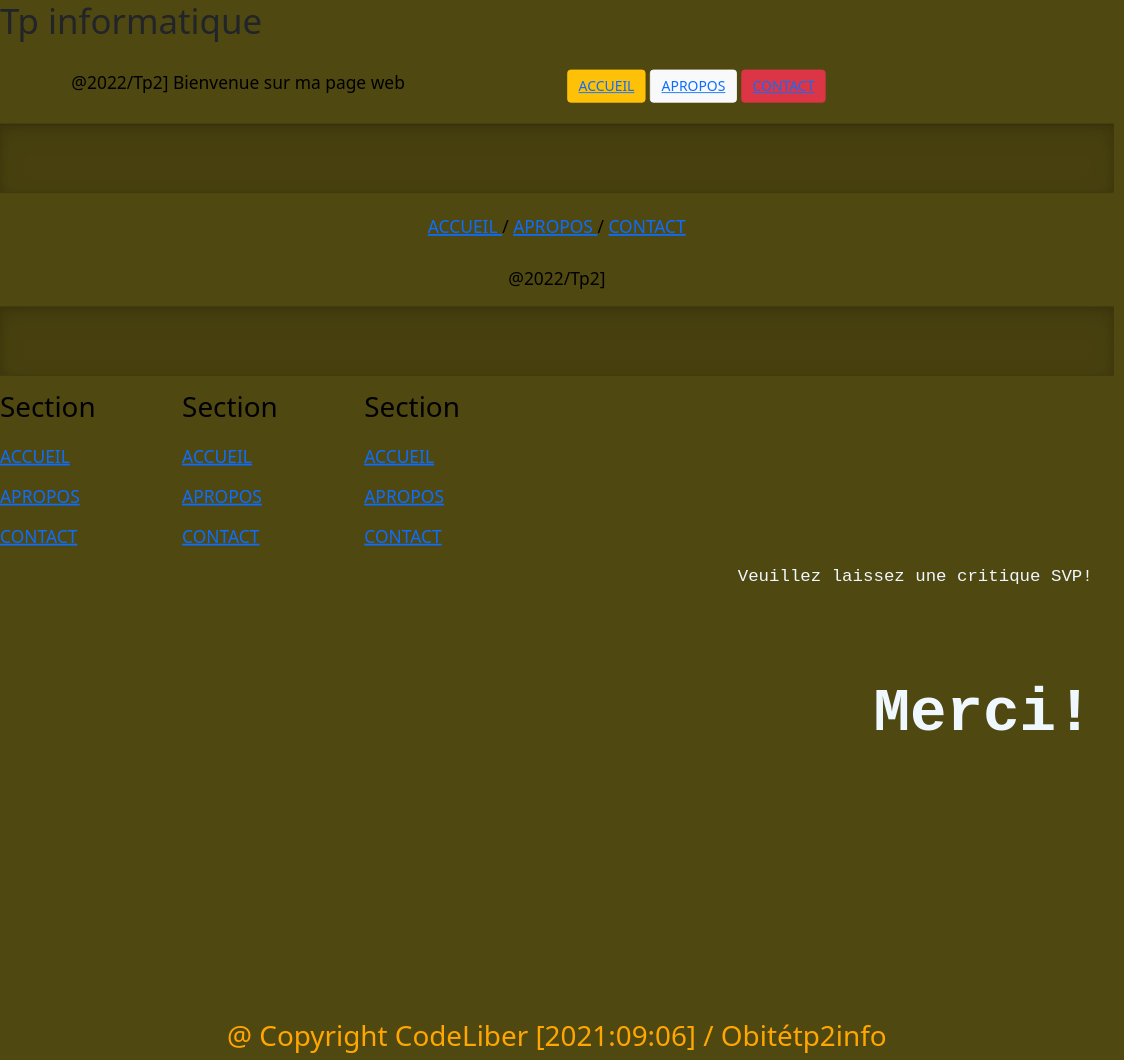
Repository: zezesylvain/cours-l3-info-2023-2024
Page: k.obite/Tp 2/Tp2/Index.html
The author's editor kept a copy of each file at every save. The page is drawn from the files as they stood at one save, then again after the next save.
The browser window is 1280 px wide. The page is 1292 px wide, so the pictures cover 1292 px, including what lies to the right of the window. The pictures show the part of the page from y = 200 to 1418 px (the page is 1418 px tall before and 1370 px after), at 87% of full size.

Above is the page before, as saved 2021-12-15 10:43:31.

### k.obite/Tp 2/Tp2/Index.html
<!doctype html>
<html lang="en">
  <head>
    <!-- Required meta tags -->
    <meta charset="utf-8">
    <meta name="viewport" content="width=device-width, initial-scale=1">

    <!-- Bootstrap CSS -->
    <link href="https://cdn.jsdelivr.net/npm/bootstrap@5.1.3/dist/css/bootstrap.min.css" rel="stylesheet" integrity="sha384-1BmE4kWBq78iYhFldvKuhfTAU6auU8tT94WrHftjDbrCEXSU1oBoqyl2QvZ6jIW3" crossorigin="anonymous">
    <link rel="stylesheet" href="style.css">

    <title>Tp2, programmation, web</title>
  </head>

  <img  id="photo0" src="img10.png">
  <h1> Tp informatique </h1>


  <nav>

  </nav>

  <body>

 <br>


    <div class="container">
      <div class="row">
        <div class="col-md-6">
          <p>@2022/Tp2] Bienvenue sur ma page web</p>
        </div>
        <div class="col-md-6">
          <button type="button" class="btn btn-warning"> <a href="index.html"> ACCUEIL </a>  </button>
          <button type="button" class="btn btn-light"> <a href="about.html"> APROPOS </a> </button>
          <button type="button" class="btn btn-danger"> <a href="contact.html">  CONTACT </a></button>
        </div>

        <p class="col-md-6">  </p>

        <p  class="col-md-6" id="fichier1">


        </p>
      </div>
    </div>

    <div id="vide">

    </div>

<br>

      <div class="container">


     <div class="row">


<br>
<br>
     <p  class="col-md-12" id="fichier11">

     <a href="index.html"> ACCUEIL </a> /
     <a href="about.html"> APROPOS </a> /
     <a href="contact.html">  CONTACT </a>

     </p>

     <p id="deco" class="col-md-12"> @2022/Tp2] </p>

    </div>
     </div>

     <div id="vide"> </div>

      <div class="row">

    <br>

         <div class="row">

         <p  class="col-md-6" id="fichier111">

           <div class="row">
          <h2 class="col-md-2"> Section </h2>
          <h2 class="col-md-2"> Section </h2>
          <h2 class="col-md-2"> Section </h2>

        </div>
        </p>

         <p class="row">

          <a class="col-md-2" href="index.html"> ACCUEIL  </a>
         <a  class="col-md-2" href="Index.html"> ACCUEIL </a>
         <a class="col-md-2" href="Index.html"> ACCUEIL </a>
         </p>

         <p class="row">

         <a class="col-md-2" href="about.html">  APROPOS  </a>
         <a class="col-md-2" href="Index.html"> APROPOS </a>
         <a class="col-md-2" href="Index.html"> APROPOS </a>
         </p>

         <p class="row">

         <a class="col-md-2" href="contact.html"> CONTACT  </a>
         <a class="col-md-2" href="Index.html"> CONTACT </a>
         <a class="col-md-2" href="Index.html"> CONTACT </a>
         </p>

         <p id="deco2" class="col-md-12"> Veuillez laissez une critique SVP!
           <br>
           <br>
           <br>
           <br>

          <b id="merci"> Merci!</b>

        </p>

         </p>


     <br>
     <br>
     <br>


        </div>

        </div>

        <br>
        <br>
        <br>
        <br>
        <br>
        <br>
        <br>
        <br>


        <footer>
          <h2 id="copy"> @ Copyright CodeLiber [2021:09:06] / Obitétp2info </h2>
       </footer>






    <!-- Optional JavaScript; choose one of the two! -->

    <!-- Option 1: Bootstrap Bundle with Popper -->
    <script src="https://cdn.jsdelivr.net/npm/bootstrap@5.1.3/dist/js/bootstrap.bundle.min.js" integrity="sha384-ka7Sk0Gln4gmtz2MlQnikT1wXgYsOg+OMhuP+IlRH9sENBO0LRn5q+8nbTov4+1p" crossorigin="anonymous"></script>

    <!-- Option 2: Separate Popper and Bootstrap JS -->
    <!--
    <script src="https://cdn.jsdelivr.net/npm/@popperjs/core@2.10.2/dist/umd/popper.min.js" integrity="sha384-7+zCNj/IqJ95wo16oMtfsKbZ9ccEh31eOz1HGyDuCQ6wgnyJNSYdrPa03rtR1zdB" crossorigin="anonymous"></script>
    <script src="https://cdn.jsdelivr.net/npm/bootstrap@5.1.3/dist/js/bootstrap.min.js" integrity="sha384-QJHtvGhmr9XOIpI6YVutG+2QOK9T+ZnN4kzFN1RtK3zEFEIsxhlmWl5/YESvpZ13" crossorigin="anonymous"></script>
    -->
  </body>
</html>

### k.obite/Tp 2/Tp2/style.css

#copy{

    color: rgb(255, 166, 00);
    text-align: center;
}

body{

    background-color:rgb(80, 72, 17)

}




#photo0{

    width: 100%;
    height: 200px;

}



#fichier1{

    font-size: 40px;
    text-align: right;
    color: aliceblue

}

div{


    border: 2px;
    text-align: left;
    font-size: 20px;
    color: black;

}

#vide{

    height: 5rem;
    background-color: rgba(0, 0, 0, 0.1);
    border: solid rgba(0, 0, 0, 0.15);
    border-width: 1px 0;
    box-shadow: inset 0 .5em 1.5em rgba(0, 0, 0, .1), inset 0 .125em .5em rgba(0, 0, 0, .15);
}

#deco{

    text-align: center;
}

#fichier11{

    text-align: center;
}

#deco2{

    color:aliceblue;
    font-family: 'Courier New', Courier, monospace;
    text-align: right;
}

#merci{
    font-size: 70px;
}

#msg{



}

After the next save:
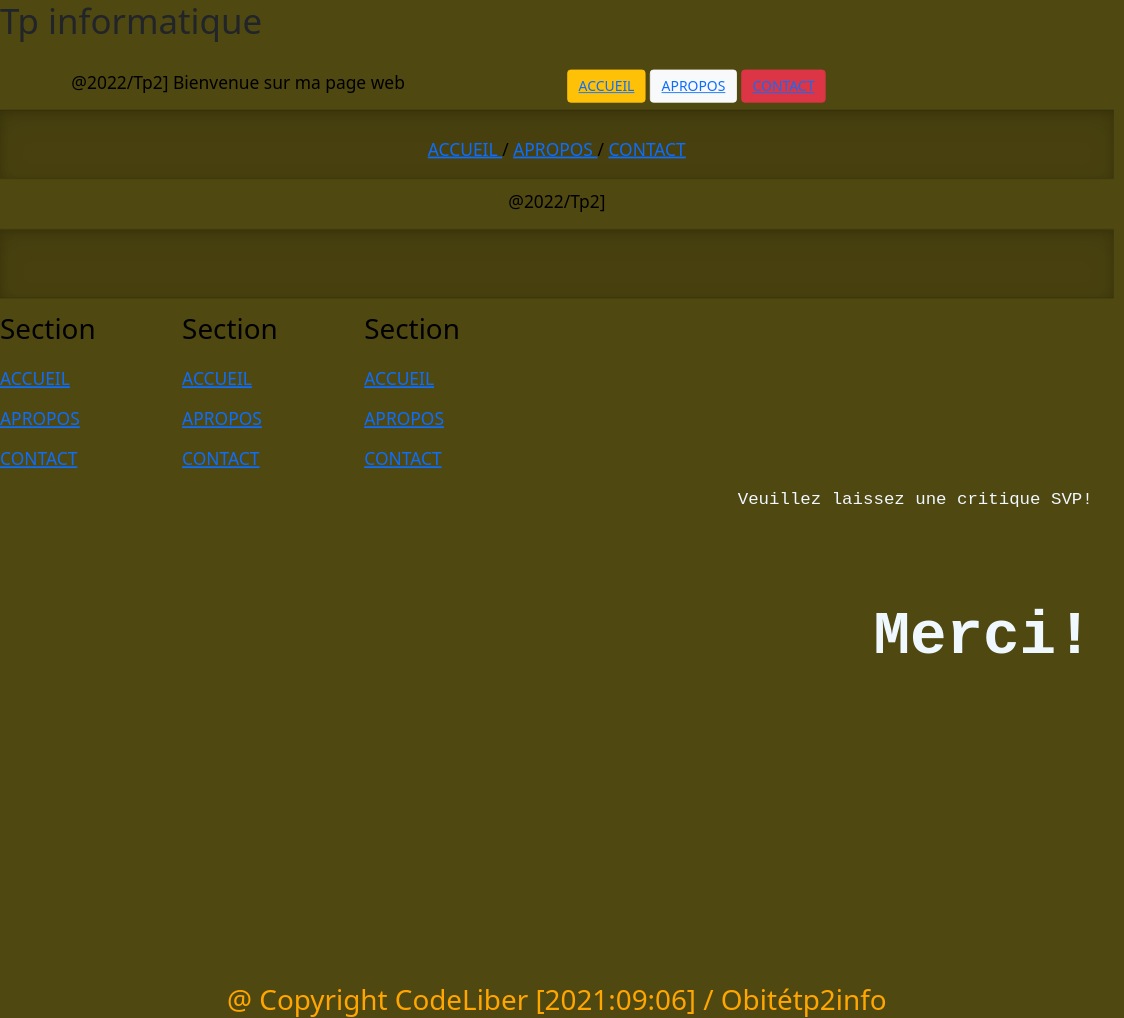
Saved 3 min 7 s later.
--- a/k.obite/Tp 2/Tp2/Index.html
+++ b/k.obite/Tp 2/Tp2/Index.html
@@ -35,19 +35,12 @@
           <button type="button" class="btn btn-light"> <a href="about.html"> APROPOS </a> </button>
           <button type="button" class="btn btn-danger"> <a href="contact.html">  CONTACT </a></button>
         </div>
-
-        <p class="col-md-6">  </p>
-
-        <p  class="col-md-6" id="fichier1">
-
-
-        </p>
       </div>
     </div>
 
     <div id="vide">
 
-    </div>
+
 
 <br>
 
